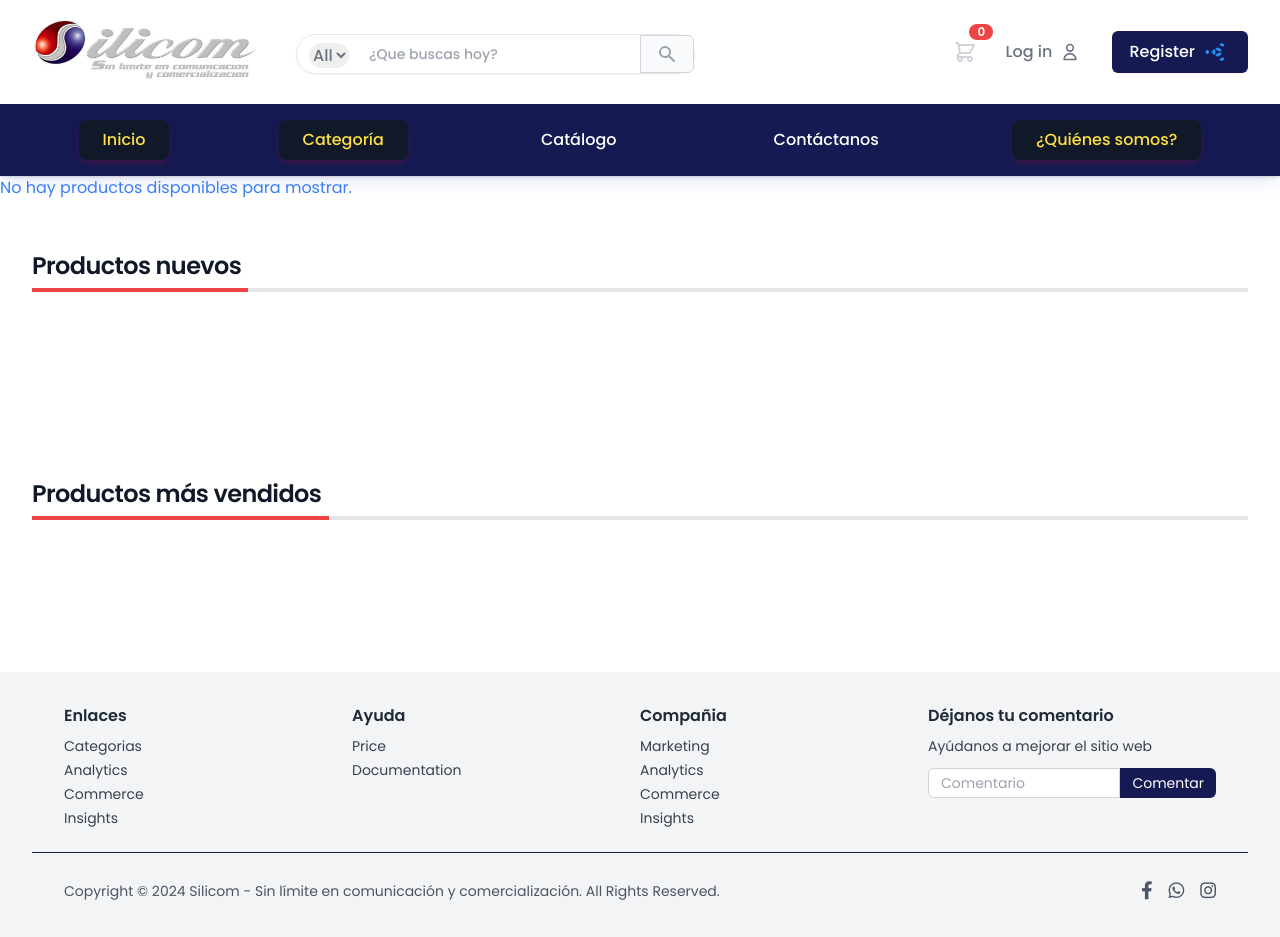
Repository: Francovg18/ecommerce
Page: /
These files come from the project's save history. The page is drawn as it stood at one moment and after the next save; the edit follows.
The browser window is 1280 px wide. The pictures show the whole page.
The page's requests for data from a server got no answer. The project was rebuilt for these pictures with package versions that can differ from the ones it lists, and the page was loaded fresh each time. No one was signed in, and anything a server would have sent is missing. Also part of the build but not shown: src/contenedores/errors/Error404.jsx, src/contenedores/auth/Signup.js, src/contenedores/auth/Login.js, src/contenedores/auth/Activate.js, src/contenedores/auth/ResetPassword.js, src/contenedores/auth/ResetPasswordConfirm.js, src/componentes/product/ProductCard.js, src/helpers/fixedPrices.js and 27 more.

Above is the page before, as saved 2025-01-18 00:10:02.

### public/index.html
<!DOCTYPE html>
<html lang="en">
  <head>
    <meta charset="utf-8" />
    <link rel="icon" href="%PUBLIC_URL%/favicon.ico" />
    <meta name="viewport" content="width=device-width, initial-scale=1" />
    <meta name="theme-color" content="#000000" />
    <meta name="description" content="Web site created using create-react-app" />
    <link rel="apple-touch-icon" href="%PUBLIC_URL%/logo192.png" />
    <link href="https://fonts.googleapis.com/css2?family=Poppins:wght@400;500;600&display=swap" rel="stylesheet">
    <link
  rel="stylesheet"
  href="https://cdnjs.cloudflare.com/ajax/libs/font-awesome/6.0.0-beta3/css/all.min.css"
/>

    <!--
      manifest.json provides metadata used when your web app is installed on a
      user's mobile device or desktop. See https://developers.google.com/web/fundamentals/web-app-manifest/
    -->
    <link rel="manifest" href="%PUBLIC_URL%/manifest.json" />
    <!--
      Notice the use of %PUBLIC_URL% in the tags above.
      It will be replaced with the URL of the `public` folder during the build.
      Only files inside the `public` folder can be referenced from the HTML.

      Unlike "/favicon.ico" or "favicon.ico", "%PUBLIC_URL%/favicon.ico" will
      work correctly both with client-side routing and a non-root public URL.
      Learn how to configure a non-root public URL by running `npm run build`.
    -->
    <title>React App</title>
  </head>
  <body>
    <noscript>You need to enable JavaScript to run this app.</noscript>
    <div id="root"></div>
    <!--
      This HTML file is a template.
      If you open it directly in the browser, you will see an empty page.

      You can add webfonts, meta tags, or analytics to this file.
      The build step will place the bundled scripts into the <body> tag.

      To begin the development, run `npm start` or `yarn start`.
      To create a production bundle, use `npm run build` or `yarn build`.
    -->
  </body>
</html>

### src/index.js
import React from 'react';
import ReactDOM from 'react-dom/client';
import './style/index.css';
import App from './App';

const root = ReactDOM.createRoot(document.getElementById('root'));
root.render(
  <React.StrictMode>
    <App />
  </React.StrictMode>
);

### src/store.js
import { createStore, applyMiddleware } from 'redux';
import { composeWithDevTools } from '@redux-devtools/extension'; // Actualización de la importación
import { thunk } from 'redux-thunk';
import rootReducer from './redux/reducers';

const initialState = {};
const middleware = [thunk];
const store = createStore(
    rootReducer,
    initialState,
    composeWithDevTools(applyMiddleware(...middleware))
);

export default store;

### src/contenedores/Home.jsx
import Layout from "../hocs/Layout";
import { connect } from "react-redux";
import {
    get_products_by_arrival,
    get_products_by_sold,
    get_products_for_showcase // Nueva acción
} from '../redux/actions/products';
import { useEffect } from "react";
import Banner from "../componentes/home/Banner";
import ProductsArrival from "../componentes/home/ProductsArrival";
import ProductsSold from "../componentes/home/ProductsSold";

const Home = ({
    get_products_by_arrival,
    get_products_by_sold,
    get_products_for_showcase,
    products_arrival,
    products_sold,
    products_showcase
}) => {

    useEffect(() => {
        window.scrollTo(0, 0);

        get_products_by_arrival();
        get_products_by_sold();
        get_products_for_showcase();
    }, []);

    return (
        <Layout>
            <div className="text-blue-500">
                <Banner data={products_showcase} />
                <ProductsArrival data={products_arrival} />
                <ProductsSold data={products_sold} />
            </div>
        </Layout>
    );
};

const mapStateToProps = state => ({
    products_arrival: state.Products.products_arrival,
    products_sold: state.Products.products_sold,
    products_showcase: state.Products.products_showcase
});

export default connect(mapStateToProps, {
    get_products_by_arrival,
    get_products_by_sold,
    get_products_for_showcase
})(Home);

### src/redux/reducers/index.js
import { combineReducers } from 'redux';
import Auth from './auth';
import Alert from './alert';
import Categories from './categories';
import Products from './products';
import Cart from './cart';
import Shipping from './shipping'
import Payment from './payment';
import Orders from './orders';
import Coupons from './coupons';
import Profile from './profile';
import Wishlist from './wishlist';
import Reviews from './reviews';
export default combineReducers({
    Auth,
    Alert,
    Categories,
    Products,
    Cart,
    Shipping,
    Payment,
    Orders,
    Coupons,
    Profile,
    Wishlist,
    Reviews
})

### src/componentes/navegacion/Navbar.js
import { Fragment, useEffect, useState } from 'react'
import { Menu, Popover, Transition } from '@headlessui/react'
import logoGif from '../../assets/img/gif4.webp'
import logo from '../../assets/img/logoP.jpg'
import { Link, Navigate, NavLink } from 'react-router-dom'
import Alert from '../../componentes/alert'
import logoMini from '../../assets/img/logoMini.jpg'
import { MenuIcon, XIcon, ShoppingCartIcon, UserIcon } from '@heroicons/react/outline'
import { connect } from 'react-redux'
import { logout } from '../../redux/actions/auth'
import { get_categories } from '../../redux/actions/categories'
import { get_search_products } from '../../redux/actions/products'
import SearchBox from './SearchBox'

function classNames(...classes) {
  return classes.filter(Boolean).join(' ')
}

function Navbar({
  isAuthenticated,
  user,
  logout,
  get_categories,
  categories,
  get_search_products,
  total_items
}) {

  const [redirect, setRedirect] = useState(false);
  const [render, setRender] = useState(false);
  const [formData, setFormData] = useState({
    category_id: 0,
    search: ''
  });
  const { category_id, search } = formData;
  useEffect(()=>{
    get_categories()
  }, [])

  const onChange = e => setFormData({ ...formData, [e.target.name]: e.target.value });
  const onSubmit = e => {
    e.preventDefault();
    get_search_products(search, category_id);
    setRender(!render);
  }

  if(render){
    return <Navigate to='/search' />
  }

  const logoutHandler = () => {
    logout()
    setRedirect(true);
  }

  if(redirect){
    window.location.reload(false);
    return <Navigate to='/' />
  }

  const authLinks = (
    <Menu as="div" className="relative inline-block text-left">
      <div>
        <Menu.Button className="inline-flex justify-center w-full rounded-full  text-sm font-medium text-gray-700 focus:outline-none focus:ring-2 focus:ring-offset-2 focus:ring-offset-gray-100 focus:ring-indigo-500 ml-3">
          <span className="inline-block h-10 w-10 rounded-full overflow-hidden bg-gray-100">
            <svg className="h-full w-full text-gray-300" fill="currentColor" viewBox="0 0 24 24">
              <path d="M24 20.993V24H0v-2.996A14.977 14.977 0 0112.004 15c4.904 0 9.26 2.354 11.996 5.993zM16.002 8.999a4 4 0 11-8 0 4 4 0 018 0z" />
            </svg>
          </span>
        </Menu.Button>
      </div>

      <Transition
        as={Fragment}
        enter="transition ease-out duration-100"
        enterFrom="transform opacity-0 scale-95"
        enterTo="transform opacity-100 scale-100"
        leave="transition ease-in duration-75"
        leaveFrom="transform opacity-100 scale-100"
        leaveTo="transform opacity-0 scale-95"
      >
        <Menu.Items className="origin-top-right absolute right-0 mt-2 w-56 rounded-md shadow-lg bg-white ring-1 ring-black ring-opacity-5 focus:outline-none">
          <div className="py-1">
            <Menu.Item>
              {({ active }) => (
                <Link
                  to="/dashboard"
                  className={classNames(
                    active ? 'bg-gray-100 text-gray-900' : 'text-gray-700',
                    'block px-4 py-2 text-sm'
                  )}
                >
                  Info
                </Link>
              )}
            </Menu.Item>


            <form method="POST" action="#">
              <Menu.Item>
                {({ active }) => (
                  <button
                    onClick={logoutHandler}
                    className={classNames(
                      active ? 'bg-gray-100 text-gray-900' : 'text-gray-700',
                      'block w-full text-left px-4 py-2 text-sm'
                    )}
                  >
                    Salir
                  </button>
                )}
              </Menu.Item>
            </form>
          </div>
        </Menu.Items>
      </Transition>
    </Menu>
  )
  const guestLinks = (
    <Fragment>
    <div className="hidden md:flex items-center md:ml-7">
    <Link to="/login" className="text-base font-medium text-gray-500 hover:text-gray-900 flex items-center">
      Log in
      <UserIcon className="h-5 w-5 ml-2" aria-hidden="true" />
    </Link>
      <Link
        to="/signup"
        className="ml-8 inline-flex items-center justify-center px-4 py-2 border border-transparent rounded-md shadow-sm text-base font-medium text-white bg-midnight-blue hover:bg-purple-night"
      >
        Register
        <img
          src={logoGif}
          alt="Cargando"
          className="w-7 h-6 mt-0.3 ml-2"
        />
      </Link>
    </div>

    </Fragment>
  )
  return (
    <>
    <Popover className="relative bg-white ">
      <div className="absolute inset-0 shadow z-30 pointer-events-none " aria-hidden="true" />
      <div className="relative z-20">
        <div className="max-w-7xl mx-auto flex justify-between items-center px-4 py-5 sm:px-6 sm:py-3 lg:px-8 md:justify-start md:space-x-10">
          <div>
          <Link to="/" className="flex">
            <img
              className="h-auto w-32 sm:w-40 md:w-48 lg:w-56"
              src={logo}
              alt="Logo"
            />
          </Link>

          </div>
          {/* Contenedor para pantallas pequeñas */}
          <div className="-mr-2 -my-2 md:hidden">
          <div className="">
            {window.location.pathname === '/search' ? null : (
              <SearchBox
                search={search}
                onChange={onChange}
                onSubmit={onSubmit}
                categories={categories}
              />
            )}
          </div>
          <Link to='/cart' className="bg-white rounded-md p-2 inline-flex items-center justify-center text-gray-400 hover:text-gray-500 hover:bg-gray-100 focus:outline-none focus:ring-2 focus:ring-inset focus:ring-indigo-500">
              <span className="sr-only">Open menu</span>
              <ShoppingCartIcon className="h-6 w-6" aria-hidden="true" />
          </Link>

            <Popover.Button className="bg-white rounded-md p-2 inline-flex items-center justify-center text-gray-400 hover:text-gray-500 hover:bg-gray-100 focus:outline-none focus:ring-2 focus:ring-inset focus:ring-indigo-500">
              <span className="sr-only">Open menu</span>
              <MenuIcon className="h-6 w-6" aria-hidden="true" />
            </Popover.Button>
          </div>
    {/* Contenedor para pantallas medianas o grandes */}
    <div className="hidden md:flex-1 md:flex md:items-center md:justify-between">
      <Popover.Group as="nav" className="flex space-x-10">
        {window.location.pathname === '/search' ? null : (
          <div className="flex flex-1 justify-center">
            <SearchBox
              search={search}
              onChange={onChange}
              onSubmit={onSubmit}
              categories={categories}
            />
          </div>
        )}
      </Popover.Group>
      <div className="flex items-center md:ml-12">
        <div className="flex items-center md:ml-12">
          <Link to="/cart">
              <ShoppingCartIcon className="h-6 w-6 cursor-pointer text-gray-300 "/>
              <span className="text-xs absolute top-3 mt-3 ml-4 bg-red-500 text-white font-semibold rounded-full px-2 text-center">{total_items}</span>
          </Link>
        </div>
        {isAuthenticated ? authLinks:guestLinks}
      </div>
    </div>

      </div>
      <div className="hidden md:flex bg-midnight-blue text-white py-4 px-6 justify-around items-center shadow-lg shadow-blue-800/10">
      {[
        { to: "/", label: "Inicio" },
        { to: "/", label: "Categoría" },
        { to: "/shop", label: "Catálogo" },
        { to: "/contactus", label: "Contáctanos" },
        { to: "/", label: "¿Quiénes somos?" },
      ].map((item, index) => (
        <NavLink
          key={index}
          to={item.to}
          className={({ isActive }) =>
            `relative text-base font-medium transition-all duration-300 ease-in-out px-6 py-2
            rounded-lg group ${isActive ? "bg-gray-900 shadow-md shadow-royal-purple/50 text-yellow-300" : "hover:bg-purple-night/70 hover:text-crimson-red"}`
          }
        >
          <span className="absolute inset-y-0 left-0 flex items-center -translate-x-4 opacity-0 transition-all duration-300 group-hover:translate-x-0 group-hover:opacity-100">
            <svg
              xmlns="http://www.w3.org/2000/svg"
              className="w-4 h-4 text-yellow-300"
              fill="none"
              viewBox="0 0 24 24"
              stroke="currentColor"
            >
              <path strokeLinecap="round" strokeLinejoin="round" strokeWidth="2" d="M15 19l-7-7 7-7" />
            </svg>
          </span>
          <span>{item.label}</span>
          <span className="absolute inset-y-0 right-0 flex items-center translate-x-4 opacity-0 transition-all duration-300 group-hover:translate-x-0 group-hover:opacity-100">
            <svg
              xmlns="http://www.w3.org/2000/svg"
              className="w-4 h-4 text-yellow-300"
              fill="none"
              viewBox="0 0 24 24"
              stroke="currentColor"
            >
              <path strokeLinecap="round" strokeLinejoin="round" strokeWidth="2" d="M9 5l7 7-7 7" />
            </svg>
          </span>
        </NavLink>
      ))}
    </div>


      </div>

      <Transition
        as={Fragment}
        enter="duration-200 ease-out"
        enterFrom="opacity-0 scale-95"
        enterTo="opacity-100 scale-100"
        leave="duration-100 ease-in"
        leaveFrom="opacity-100 scale-100"
        leaveTo="opacity-0 scale-95"
      >
        <Popover.Panel
          focus
          className="absolute z-30 top-0 inset-x-0 p-2 transition transform origin-top-right md:hidden"
        >
          <div className="rounded-lg shadow-lg ring-1 ring-black ring-opacity-5 bg-midnight-blue text-white divide-y-2 divide-gray-50">
            <div className="pt-5 pb-6 px-5 sm:pb-8">
              <div className="flex items-center justify-between">
                <div>
                  <img className="h-8 w-auto" src={logoMini} alt="Workflow" />
                </div>
                <div className="-mr-2">
                  <Popover.Button className="bg-midnight-blue rounded-md p-2 inline-flex items-center justify-center text-gray-400 hover:text-gray-300 focus:outline-none focus:ring-2 focus:ring-inset focus:ring-purple-night">
                    <span className="sr-only">Cerrar menú</span>
                    <XIcon className="h-6 w-6" aria-hidden="true" />
                  </Popover.Button>
                </div>
              </div>
              <div className="mt-6 sm:mt-8">
                <nav>
                  <div className="grid gap-7 sm:grid-cols-2 sm:gap-y-8 sm:gap-x-4">
                    <NavLink
                      to="/"
                      className="-m-3 flex items-center p-3 rounded-lg hover:bg-midnight-blue"
                    >
                      <div className="ml-4 text-base font-medium text-white">
                        Inicio
                      </div>
                    </NavLink>
                    <NavLink
                      to="/shop"
                      className="-m-3 flex items-center p-3 rounded-lg hover:bg-midnight-blue"
                    >
                      <div className="ml-4 text-base font-medium text-white">
                        Categoria
                      </div>
                    </NavLink>
                    <NavLink
                      to="/shop"
                      className="-m-3 flex items-center p-3 rounded-lg hover:bg-midnight-blue"
                    >
                      <div className="ml-4 text-base font-medium text-white">
                        Catálogo
                      </div>
                    </NavLink>

                    <NavLink
                      to="/"
                      className="-m-3 flex items-center p-3 rounded-lg hover:bg-midnight-blue"
                    >
                      <div className="ml-4 text-base font-medium text-white">
                        Contáctanos
                      </div>
                    </NavLink>

                    <NavLink
                      to="/"
                      className="-m-3 flex items-center p-3 rounded-lg hover:bg-midnight-blue"
                    >
                      <div className="ml-4 text-base font-medium text-white">
                        ¿Quiénes somos?
                      </div>
                    </NavLink>
                  </div>
                </nav>
              </div>
            </div>
            <div className="py-6 px-5 bg-gray-50">
              <div className="grid grid-cols-2 gap-4 bg-gray-50">
                <Link
                  to="/login"
                  className="text-sm font-medium text-midnight-blue hover:text-purple-night hover:underline text-center"
                >
                  Login
                </Link>
                <Link
                  to="/signup"
                  className="text-sm font-medium text-midnight-blue hover:text-purple-night hover:underline text-center"
                >
                  Registrarse
                </Link>
              </div>
            </div>
          </div>
        </Popover.Panel>
      </Transition>
    </Popover>
    <Alert/>
    </>
  )
}
const mapStateToProps = state =>  ({
  isAuthenticated: state.Auth.isAuthenticated,
  user: state.Auth.user,
  categories: state.Categories.categories,
  total_items: state.Cart.total_items
})
export default connect(mapStateToProps, {
  logout,
  get_categories,
  get_search_products
}) (Navbar)

### src/redux/actions/alert.js
import{
    SET_ALERT,
    REMOVE_ALERT,
} from './types';

export const setAlert = (msg, alertType, timeout = 5000) => dispatch =>{
    dispatch({
        type: SET_ALERT,
        payload: {msg, alertType}
    });
    setTimeout(() => dispatch({ type: REMOVE_ALERT }), timeout);
}

### src/redux/reducers/alert.js
import {
    SET_ALERT,
    REMOVE_ALERT,
} from '../actions/types';

const initialState = {
    alert: null
};

export default function Alert(state = initialState, action) {
    const { type, payload } = action;

    switch(type) {
        case SET_ALERT:
            return {
                ...state,
                alert: payload
            };
        case REMOVE_ALERT:
            return {
                ...state,
                alert: null
            }
        default:
            return state
    };
}

### src/redux/reducers/categories.js
import {
    GET_CATEGORIES_SUCCESS,
    GET_CATEGORIES_FAIL
} from '../actions/types';

const initialState = {
    categories: null
};

export default function Categories(state = initialState, action) {
    const { type, payload } = action;

    switch(type) {
        case GET_CATEGORIES_SUCCESS:
            return {
                ...state,
                categories: payload.categories
            }
        case GET_CATEGORIES_FAIL:
            return {
                ...state,
                categories: null
            }
        default:
            return state
    }
}

### src/redux/reducers/shipping.js
import {
    GET_SHIPPING_OPTIONS_SUCCESS,
    GET_SHIPPING_OPTIONS_FAIL
} from '../actions/types';

const initialState = {
    shipping: null,
};

export default function Shipping(state = initialState, action) {
    const { type, payload } = action;

    switch(type) {
        case GET_SHIPPING_OPTIONS_SUCCESS:
            return {
                ...state,
                shipping: payload.shipping_options
            }
        case GET_SHIPPING_OPTIONS_FAIL:
            return {
                ...state,
                shipping: null
            }
        default:
            return state;
    }
};

### src/redux/reducers/coupons.js
import {
    GET_COUPON_SUCCESS,
    GET_COUPON_FAIL,
} from '../actions/types';

const initialState = {
    coupon: null
};


export default function Coupons(state = initialState, action) {
    const { type, payload } = action;

    switch(type) {
        case GET_COUPON_SUCCESS:
            return {
                ...state,
                coupon: payload.coupon
            }
        case GET_COUPON_FAIL:
            return {
                ...state,
                coupon: null
            }
        default:
            return state;
    }
}

Loaded but not shown: src/style/index.css (common file); src/redux/actions/cart.js (399 lines, source omitted); src/redux/actions/auth.js (387 lines, source omitted); src/redux/actions/types.js (132 lines, source omitted); src/redux/actions/products.js (256 lines, source omitted); src/componentes/home/Banner.js (120 lines, source omitted); src/redux/reducers/cart.js (158 lines, source omitted); src/redux/reducers/products.js (118 lines, source omitted); src/componentes/home/ProductsArrival.js (97 lines, source omitted); src/componentes/navegacion/Footer.js (83 lines, source omitted); src/componentes/home/ProductsSold.js (87 lines, source omitted); src/redux/reducers/auth.js (113 lines, source omitted); src/App.js (64 lines, source omitted); src/redux/actions/profile.js (91 lines, source omitted); src/redux/reducers/payment.js (89 lines, source omitted); src/componentes/navegacion/SearchBox.js (61 lines, source omitted); src/redux/reducers/reviews.js (90 lines, source omitted); src/redux/reducers/wishlist.js (67 lines, source omitted); tailwind.config.js (49 lines, source omitted); src/hocs/Layout.js (50 lines, source omitted); src/componentes/alert.js (40 lines, source omitted); src/redux/reducers/orders.js (41 lines, source omitted); src/redux/reducers/profile.js (37 lines, source omitted); src/redux/actions/categories.js (33 lines, source omitted)

After the next save:
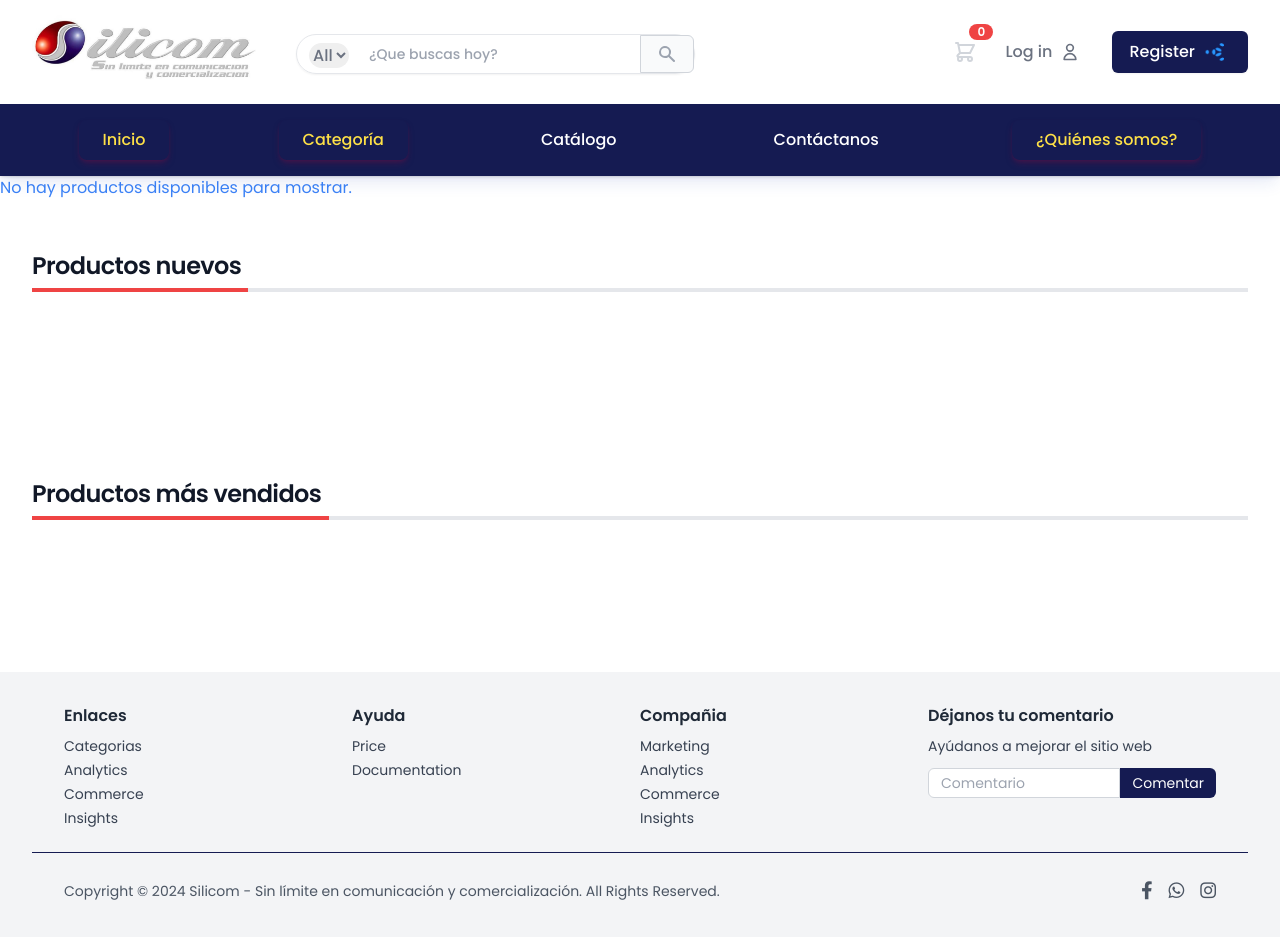
Saved 20 s later.
--- a/src/componentes/navegacion/Navbar.js
+++ b/src/componentes/navegacion/Navbar.js
@@ -215,7 +215,7 @@ function Navbar({
           to={item.to}
           className={({ isActive }) =>
             `relative text-base font-medium transition-all duration-300 ease-in-out px-6 py-2
-            rounded-lg group ${isActive ? "bg-gray-900 shadow-md shadow-royal-purple/50 text-yellow-300" : "hover:bg-purple-night/70 hover:text-crimson-red"}`
+            rounded-lg group ${isActive ? "bg-midnight-blue shadow-md shadow-royal-purple/50 text-yellow-300" : "hover:bg-purple-night/70 hover:text-crimson-red"}`
           }
         >
           <span className="absolute inset-y-0 left-0 flex items-center -translate-x-4 opacity-0 transition-all duration-300 group-hover:translate-x-0 group-hover:opacity-100">
